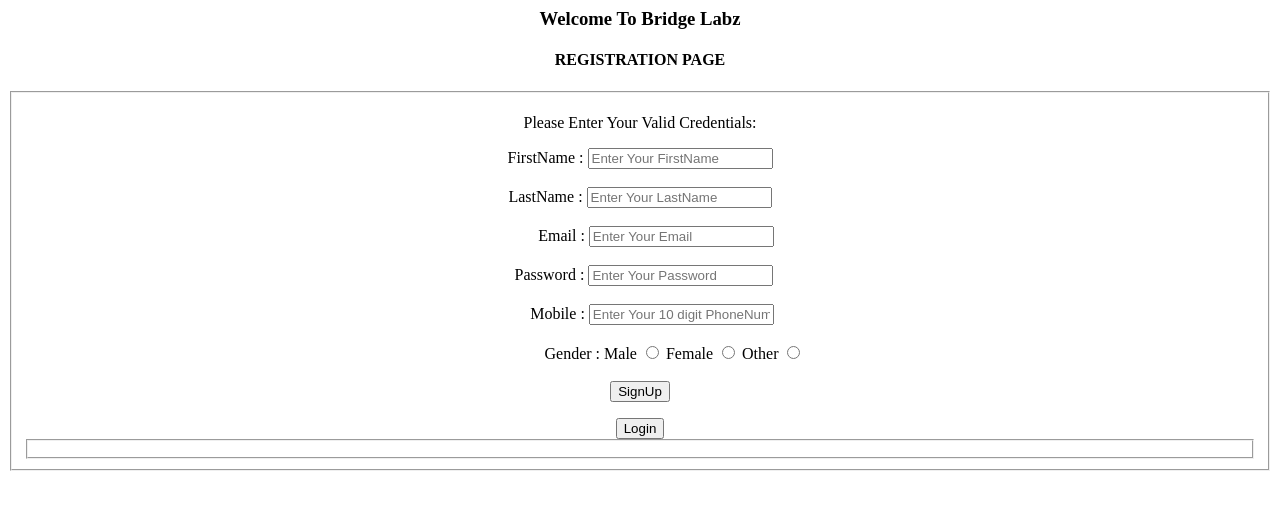
Repository: msibgathulla9980/Servlet
Page: ServletJdbcApp/WebContent/Registration.html
These files come from the project's save history. The page is drawn as it stood at one moment and after the next save; the edit follows.
The browser window is 1280 px wide. The pictures show the whole page.

Above is the page before, as saved 2019-01-24 06:07:12.

### ServletJdbcApp/WebContent/Registration.html
<html>
<head>
<h3><b><center>Welcome To Bridge Labz</center></b></h3>
<center><h4><b>REGISTRATION PAGE</b></h4></center>
</head>
<title>BridgeLabz Registration</title>
<body>
<fieldset>
<center>
<form action="Register" method="post">
<center><p>Please Enter Your Valid Credentials: </p></center>
FirstName : <input type="text" name="firstName" placeholder="Enter Your FirstName" required/><br><br>
LastName : <input type="text" name="lastName" placeholder="Enter Your LastName" required/><br><br>
&nbsp;&nbsp;&nbsp;&nbsp;&nbsp;&nbsp;&nbsp;&nbsp;Email : <input type="email" name="email" placeholder="Enter Your Email" required/><br><br>
&nbsp;&nbsp;Password : <input type="password" name="password" placeholder="Enter Your Password" required/><br><br>
&nbsp;&nbsp;&nbsp;&nbsp;&nbsp;&nbsp;Mobile   : <input type="text" name="phoneNumber" placeholder="Enter Your 10 digit PhoneNumber" required/><br><br>
&nbsp;&nbsp;&nbsp;&nbsp;&nbsp;&nbsp;&nbsp;&nbsp;&nbsp;&nbsp;&nbsp;&nbsp;&nbsp;&nbsp;&nbsp;&nbsp;&nbsp;Gender   :
<label for="male">Male</label>
  <input type="radio" name="gender" id="male" value="male" >
  <label for="female">Female</label>
 <input type="radio" name="gender" id="female" value="female" >
  <label for="other">Other</label>
 <input type="radio" name="gender" id="other" value="other" ><br><br>
<input type="submit" name="submit" value="SignUp"/>
</form>
<a href=login.html ><input type="submit" value="Login"/></a>
</center>
<fieldset>
</body>
</html>

After the next save:
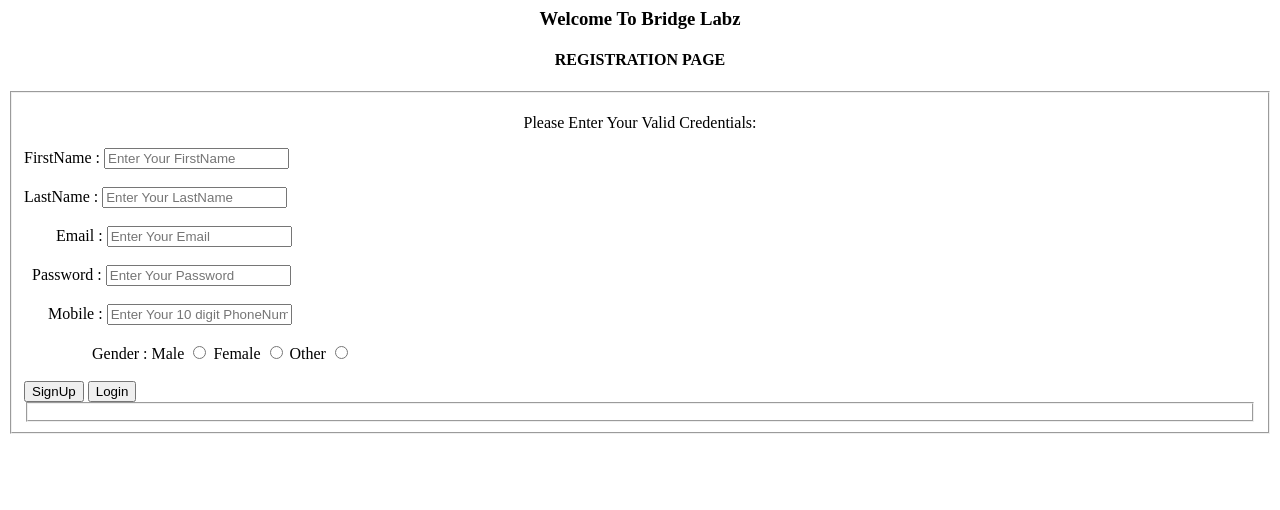
Saved 31 s later.
--- a/ServletJdbcApp/WebContent/Registration.html
+++ b/ServletJdbcApp/WebContent/Registration.html
@@ -8,7 +8,7 @@
 <fieldset>
 <center>
 <form action="Register" method="post">
-<center><p>Please Enter Your Valid Credentials: </p></center>
+<p>Please Enter Your Valid Credentials: </p></center>
 FirstName : <input type="text" name="firstName" placeholder="Enter Your FirstName" required/><br><br>
 LastName : <input type="text" name="lastName" placeholder="Enter Your LastName" required/><br><br>
 &nbsp;&nbsp;&nbsp;&nbsp;&nbsp;&nbsp;&nbsp;&nbsp;Email : <input type="email" name="email" placeholder="Enter Your Email" required/><br><br>
@@ -24,7 +24,7 @@
 <input type="submit" name="submit" value="SignUp"/>
 </form>
 <a href=login.html ><input type="submit" value="Login"/></a>
-</center>
+
 <fieldset>
 </body>
 </html>

After the save that followed:
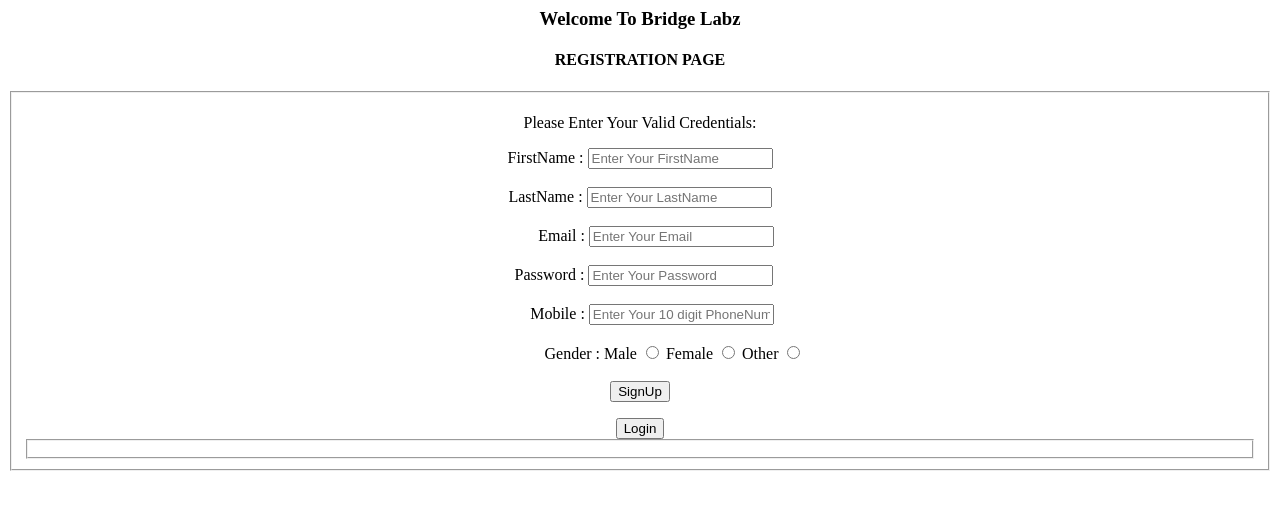
Saved 11 s later.
--- a/ServletJdbcApp/WebContent/Registration.html
+++ b/ServletJdbcApp/WebContent/Registration.html
@@ -8,7 +8,7 @@
 <fieldset>
 <center>
 <form action="Register" method="post">
-<p>Please Enter Your Valid Credentials: </p></center>
+<center><p>Please Enter Your Valid Credentials: </p></center>
 FirstName : <input type="text" name="firstName" placeholder="Enter Your FirstName" required/><br><br>
 LastName : <input type="text" name="lastName" placeholder="Enter Your LastName" required/><br><br>
 &nbsp;&nbsp;&nbsp;&nbsp;&nbsp;&nbsp;&nbsp;&nbsp;Email : <input type="email" name="email" placeholder="Enter Your Email" required/><br><br>
@@ -24,7 +24,7 @@
 <input type="submit" name="submit" value="SignUp"/>
 </form>
 <a href=login.html ><input type="submit" value="Login"/></a>
-
+</center>
 <fieldset>
 </body>
 </html>
